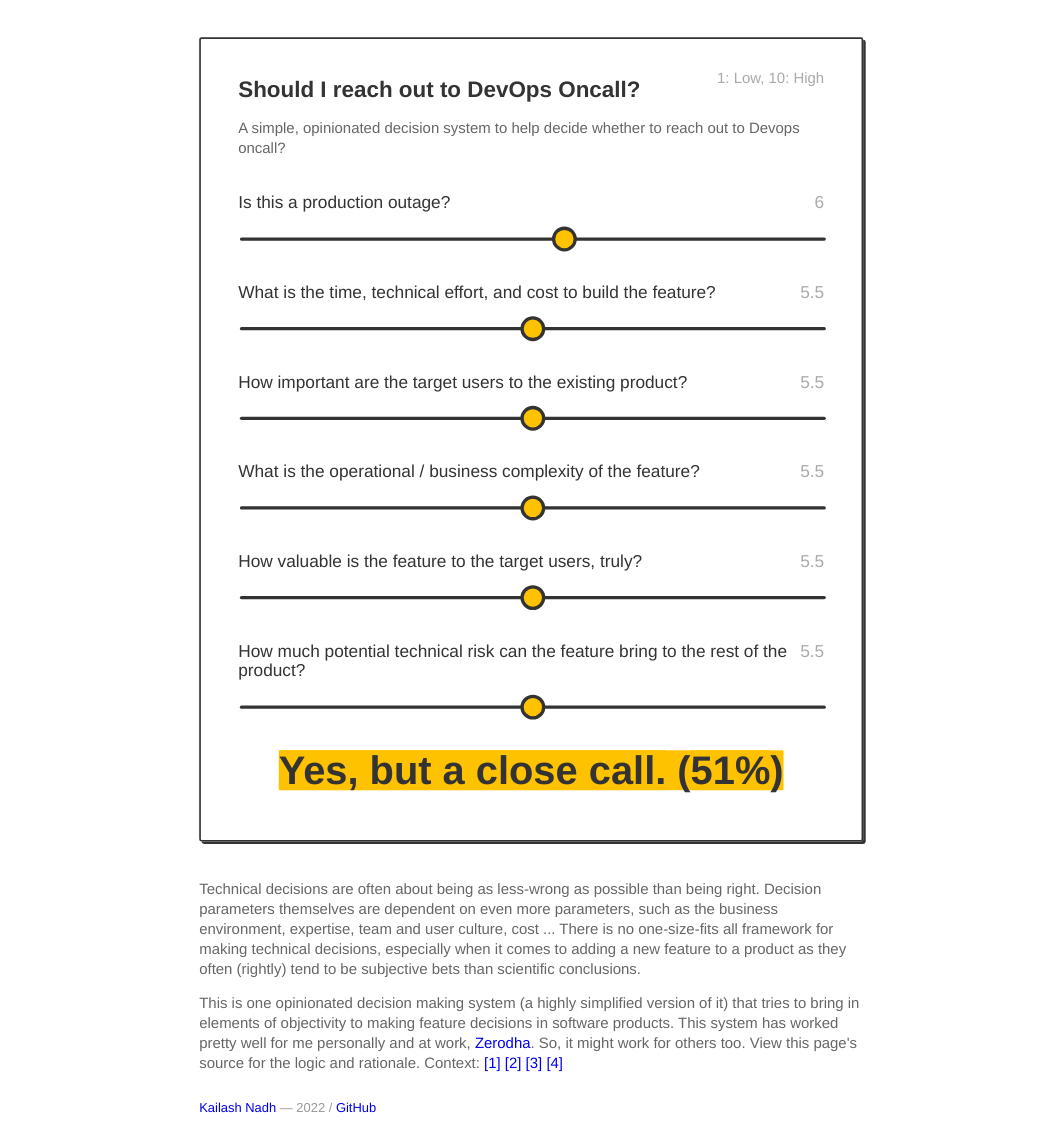
Repository: harishbsrinivas/dont.call
Page: index.html
The author's editor kept a copy of each file at every save. The page is drawn from the files as they stood at one save, then again after the next save.
The browser window is 1280 px wide. The pictures show the whole page, at 83% of full size.

Above is the page before, as saved 2022-12-03 17:01:23.

### index.html
<!DOCTYPE html>
<html lang="en-US">

<head>
    <meta charset="utf-8" />
    <title>Should I reach out to DevOps oncall?</title>
    <meta name="description"
        content="A simple, opinionated decision system to help decide whether to reach out to Devops oncall?" />
    <link rel="shortcut icon" href="https://dont.build/favicon.png" />
    <meta property="og:image" content="https://dont.build/thumb.png">
    <meta name="viewport" content="width=device-width, initial-scale=1" />
    <link href="style.css?v=2" rel="stylesheet" type="text/css" />
</head>

<body>

    <div class="container">
        <section class="box">
            <p class="help">1: Low, 10: High</p>
            <h1 class="title">Should I reach out to DevOps Oncall?</h1>
            <p>A simple, opinionated decision system to help decide whether to reach out to Devops oncall?</p>
            <br />
            <form class="form">
                <fieldset class="p-users">
                    <span class="value"></span>
                    <label>Is this a production outage?</label>
                    <input type="range" min="1" max="10" step="5" value="5" />
                </fieldset>
                <fieldset class="p-effort">
                    <span class="value"></span>
                    <label>What is the time, technical effort, and cost to build the feature?</label>
                    <input type="range" min="1" max="10" step="0.5" value="5.5" />
                </fieldset>
                <fieldset class="p-user-value">
                    <span class="value"></span>
                    <label>How important are the target users to the existing product?</label>
                    <input type="range" min="1" max="10" step="0.5" value="5.5" />
                </fieldset>
                <fieldset class="p-operational-complexity">
                    <span class="value"></span>
                    <label>What is the operational / business complexity of the feature?</label>
                    <input type="range" min="1" max="10" step="0.5" value="5.5" />
                </fieldset>
                <fieldset class="p-feature-value">
                    <span class="value"></span>
                    <label>How valuable is the feature to the target users, truly?</label>
                    <input type="range" min="1" max="10" step="0.5" value="5.5" />
                </fieldset>
                <fieldset class="p-negative-impact">
                    <span class="value"></span>
                    <label>How much potential technical risk can the feature bring to the rest of the product?</label>
                    <input type="range" min="1" max="10" step="0.5" value="5.5" />
                </fieldset>
            </form>
            <h1 class="answer">
                <span><span class="bool"></span> (<span class="percent"></span>)</span>
            </h1>
        </section>

        <noscript>
            <h1>This page requires Javascript to function.</h1>
        </noscript>

        <section>
            <p>
                Technical decisions are often about being as less-wrong as possible than being right.
                Decision parameters themselves are dependent on even more parameters, such as the business environment,
                expertise, team and user culture,
                cost ... There is no one-size-fits all framework for making technical decisions, especially when it
                comes
                to adding a new feature to a product as they often (rightly) tend to be subjective bets than scientific
                conclusions.
            </p>
            <p>
                This is one opinionated decision making system (a highly simplified version of it) that tries to bring
                in
                elements of objectivity to making feature decisions in software products. This system has worked pretty
                well for me personally
                and at work, <a href="https://zerodha.com">Zerodha</a>. So, it might work for others too. View this
                page's source for the logic and rationale.
                Context:
                <a href="https://zerodha.tech/blog/hello-world/">[1]</a>
                <a href="https://zerodha.tech/blog/scaling-with-common-sense/">[2]</a>
                <a href="https://zerodha.tech/blog/being-future-ready-with-common-sense/">[3]</a>
                <a href="https://nadh.in/blog/fomo-yamo/">[4]</a>
            </p>
        </section>

        <footer><a href="https://nadh.in">Kailash Nadh</a> &mdash; 2022 / <a
                href="https://github.com/knadh/dont.build">GitHub</a></footer>
    </div>


    <script>
        (function () {
            const params = [
                { weight: 0.10, value: 5.5, negative: false, name: 'p-users', },
                { weight: 0.20, value: 5.5, negative: false, name: 'p-user-value', },
                { weight: 0.20, value: 5.5, negative: false, name: 'p-feature-value', },
                { weight: 0.15, value: 5.5, negative: true, name: 'p-effort', },
                { weight: 0.20, value: 5.5, negative: true, name: 'p-negative-impact', },
                { weight: 0.15, value: 5.5, negative: true, name: 'p-operational-complexity', },
            ]

            params.forEach((p, n) => {
                let net = 0;
                const inp = document.querySelector(`.${p.name} input`);

                inp.value = p.value;
                inp.oninput = (e) => {
                    const val = parseFloat(e.target.value, 64);
                    document.querySelector(`.${p.name} .value`).innerText = val;
                    p.value = val;

                    // Sum all weighted params.
                    const sum = params.reduce((prev, pm) => {
                        let v = pm.value;
                        if (pm.negative) {
                            v = 10 - v;
                        }

                        return prev + (v / 10 * pm.weight);
                    }, 0);

                    // Display the results.
                    document.querySelector(".answer .percent").innerText = `${(sum * 100).toFixed(0)}%`;

                    let b = 'Yes';
                    if (sum < 0.5 && sum > 0.46) {
                        b = `No, but a close call.`;
                    } else if (sum < 0.48) {
                        b = `No.`;
                    } else if (sum > 0.5 && sum < 0.54) {
                        b = `Yes, but a close call.`;
                    } else if (sum === 0.5) {
                        b = '50-50. Go with the gut.';
                    }
                    document.querySelector(".answer .bool").innerText = b;
                };

                inp.dispatchEvent(new Event('input'));
            });
        })();
    </script>

</body>

</html>

### style.css
:root {
    --primary: #ffc200;
    --secondary: #333;
}

* {
    box-sizing: border-box;
}

html, body {
    margin: 0;
}

body {
    font-family: 'Helvetica Neue', 'Segoe UI', Arial, sans-serif;
    font-size: 18px;
    line-height: 24px;
    color: var(--secondary);
    height: 100%;
    margin: 0;
    padding: 0;
}

h1, h2, h3 {
  line-height: 2rem;
}

a {
    text-decoration: none;
}

p {
  color: #666;
}

fieldset {
  padding: 0;
  margin: 0;
  border: 0;
}

input[type="range"] {
  -webkit-appearance: none;
  width: 100%;
  height: 4px;
  background: var(--secondary);
  border-radius: 3px;
}

input[type="range"]::-webkit-slider-thumb {
  -webkit-appearance: none;
  background: var(--primary);
  height: 30px;
  width: 30px;
  border-radius: 50%;
  cursor: pointer;
  border: 4px solid var(--secondary);
}

input[type="range"]::-moz-range-thumb {
  background: var(--primary);
  border-radius: 100%;
  height: 20px;
  width: 20px;
  cursor: pointer;
  border: 4px solid var(--secondary);
}

input[type=range]::-webkit-slider-runnable-track  {
  -webkit-appearance: none;
  box-shadow: none;
  border: none;
  background: transparent;
}


button {
    background: var(--primary);
    cursor: pointer;
    border-color: #000;
    padding: 10px 30px;
}
    button:hover {
        background: #aaa;
    }

.container {
    max-width: 800px;
    margin: 45px auto 30px auto;
}
.box {
    padding: 30px 45px;
    border: 1px solid #ddd;
    border-radius: 3px;
    border: 2px solid var(--secondary);
    box-shadow: 3px 3px 0px var(--secondary);
    margin-bottom: 45px;
}

.container .title {
  margin: 15px 0 0px 0;
}

.help {
  margin-top: 5px;
}

.form {
  clear: both;
}
.form fieldset {
  font-size: 1.3rem;
  margin-bottom: 45px;
}
  .form label {
    display: block;
    margin-bottom: 15px;
  }
  .form .value, .help {
    float: right;
    color: #aaa;
  }

.answer {
  text-align: center;
  margin: 30px 0;
  font-size: 3rem;
  line-height: 3rem;
}
  .answer span {
    display: inline-block;
    background: var(--primary);
  }

footer {
  margin: 30px auto;
  color: #999;
  font-size: 0.975rem;
}

@media (max-width: 800px) {
  .container {
    max-width: none;
    margin: 20px 30px 20px 20px;
    padding: 0;
  }
  .box {
    padding: 0;
    border: 0;
    box-shadow: none;
  }
  .help {
    float: none;
  }
  .form label {
    float: left;
    max-width: 90%;
  }
}


@media (max-width: 400px) {
  .form label {
    max-width: 70%;
  }
}

After the next save:
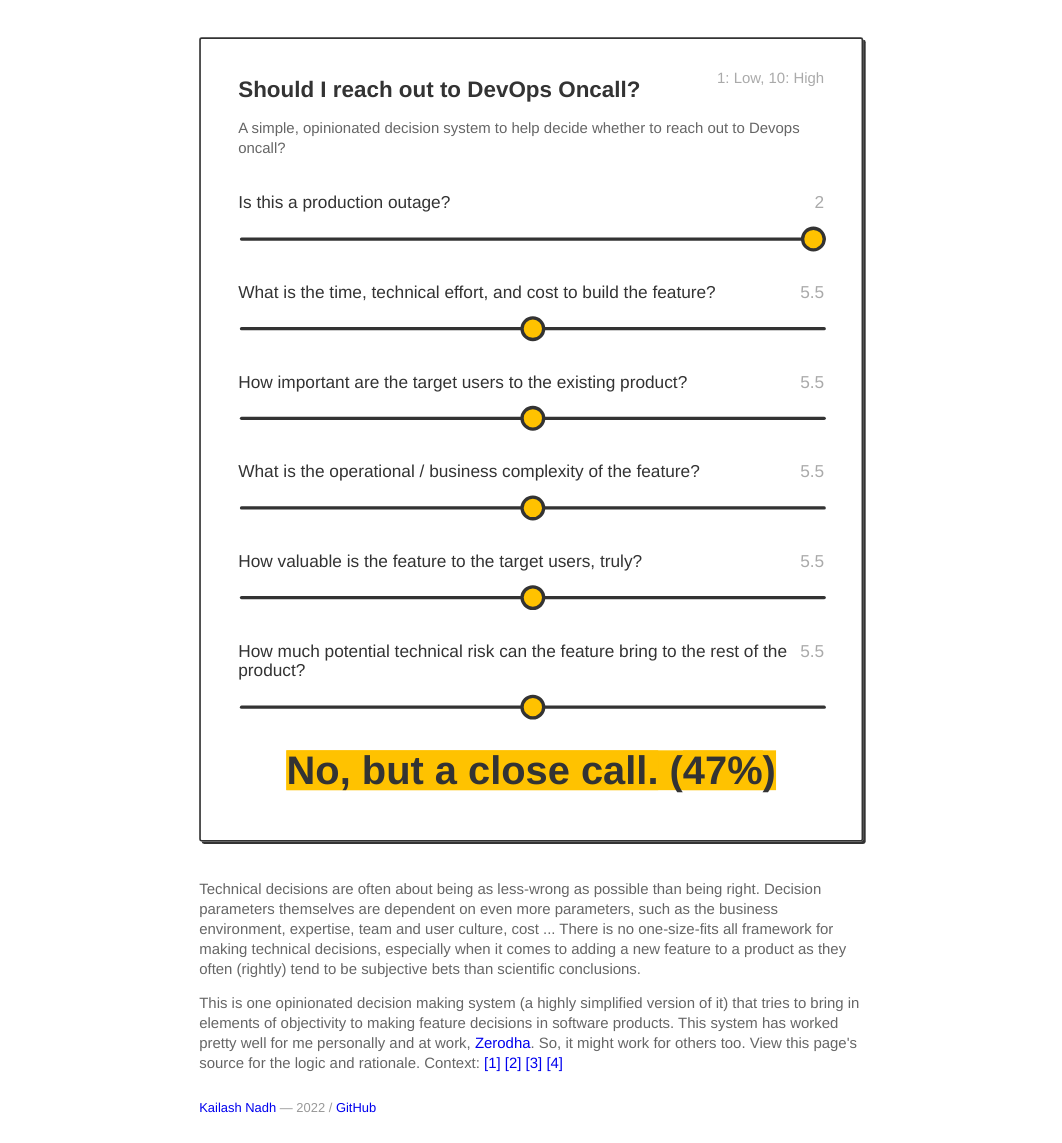
Saved 31 s later.
--- a/index.html
+++ b/index.html
@@ -24,7 +24,7 @@
                 <fieldset class="p-users">
                     <span class="value"></span>
                     <label>Is this a production outage?</label>
-                    <input type="range" min="1" max="10" step="5" value="5" />
+                    <input type="range" min="1" max="2" step="1" value="1" />
                 </fieldset>
                 <fieldset class="p-effort">
                     <span class="value"></span>
